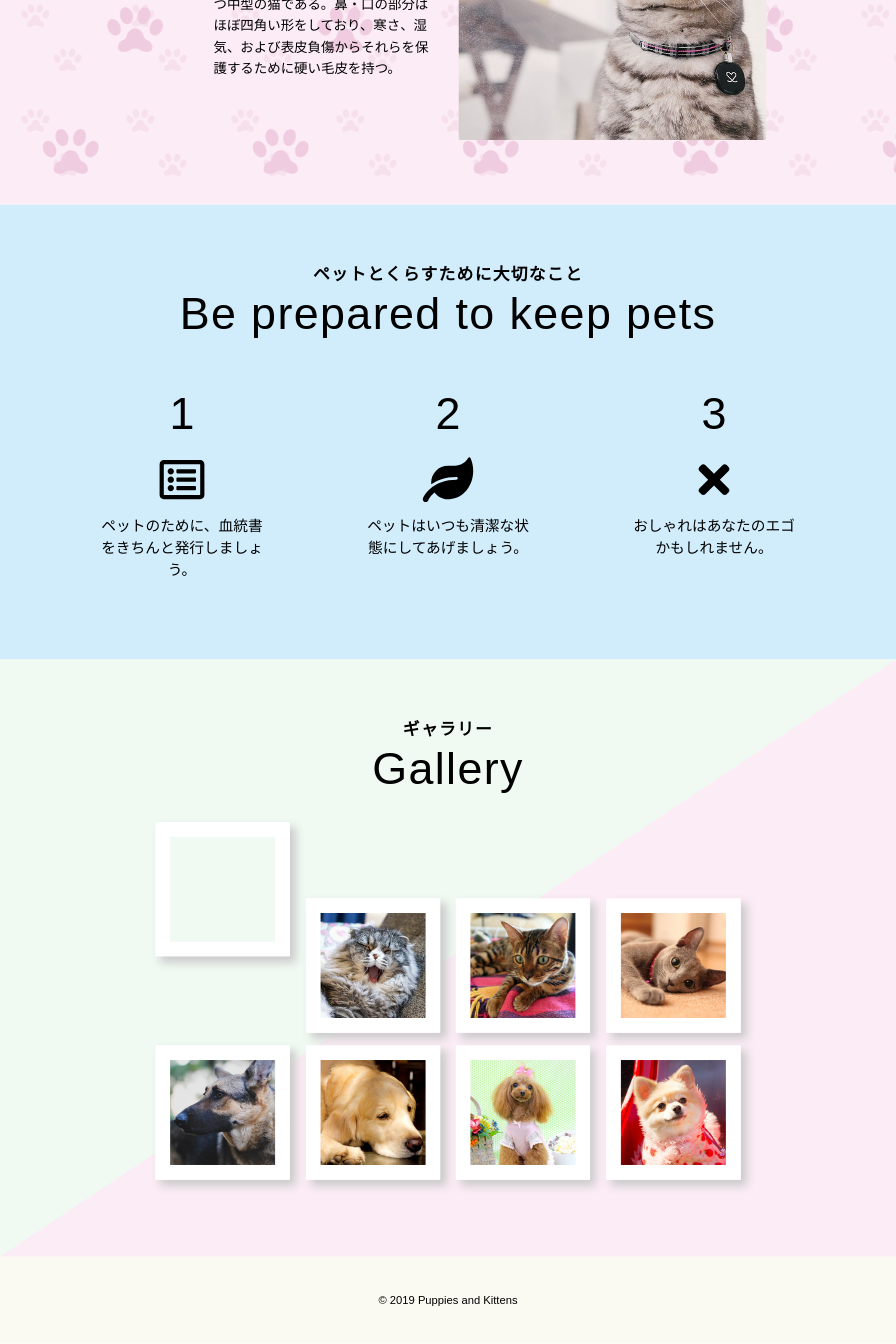
Repository: taekowithrowgit/frontend
Page: environment/api/add-api/rich-site/index.html
The author's editor kept a record of every edit. The page is drawn from the files as they stood at one moment, then again after the next edit.
The browser window is 1280 px wide. The pictures show the part of the page from y = 1955 to 3875 px (the page is 3875 px tall), at 70% of full size.
A picture or video elsewhere on the page could not be fetched, so the positions and the page height are approximate. The page's requests for data from a server got no answer. Some web fonts or font styles are not loaded; a fallback is used.

Above is the page before.

After the next edit:
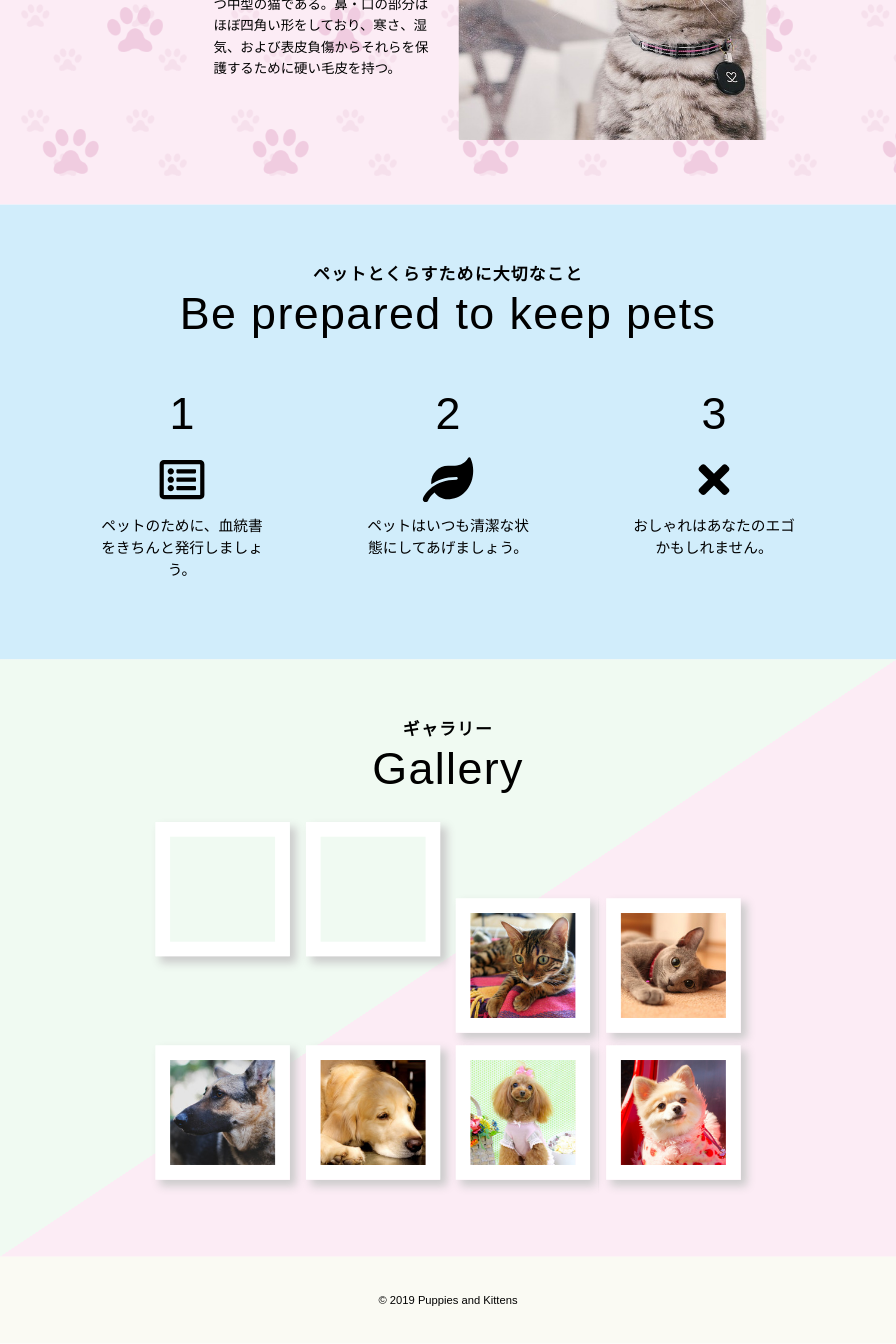
The edit:
--- a/environment/api/add-api/rich-site/index.html
+++ b/environment/api/add-api/rich-site/index.html
@@ -342,9 +342,9 @@
         <!--</a>-->
       </div>
       <div class="image-gallery__item">
-        <a class="d-inline-block" href="img/kitten2.jpg">
-          <img class="img-fluid" src="img/gallery-thumbnail/kitten2.jpg" width="150" height="150" alt="スコティッシュフォールド">
-        </a>
+        <!--<a class="d-inline-block" href="img/kitten2.jpg">-->
+        <!--  <img class="img-fluid" src="img/gallery-thumbnail/kitten2.jpg" width="150" height="150" alt="スコティッシュフォールド">-->
+        <!--</a>-->
       </div>
       <div class="image-gallery__item">
         <a class="d-inline-block" href="img/kitten3.jpg">
